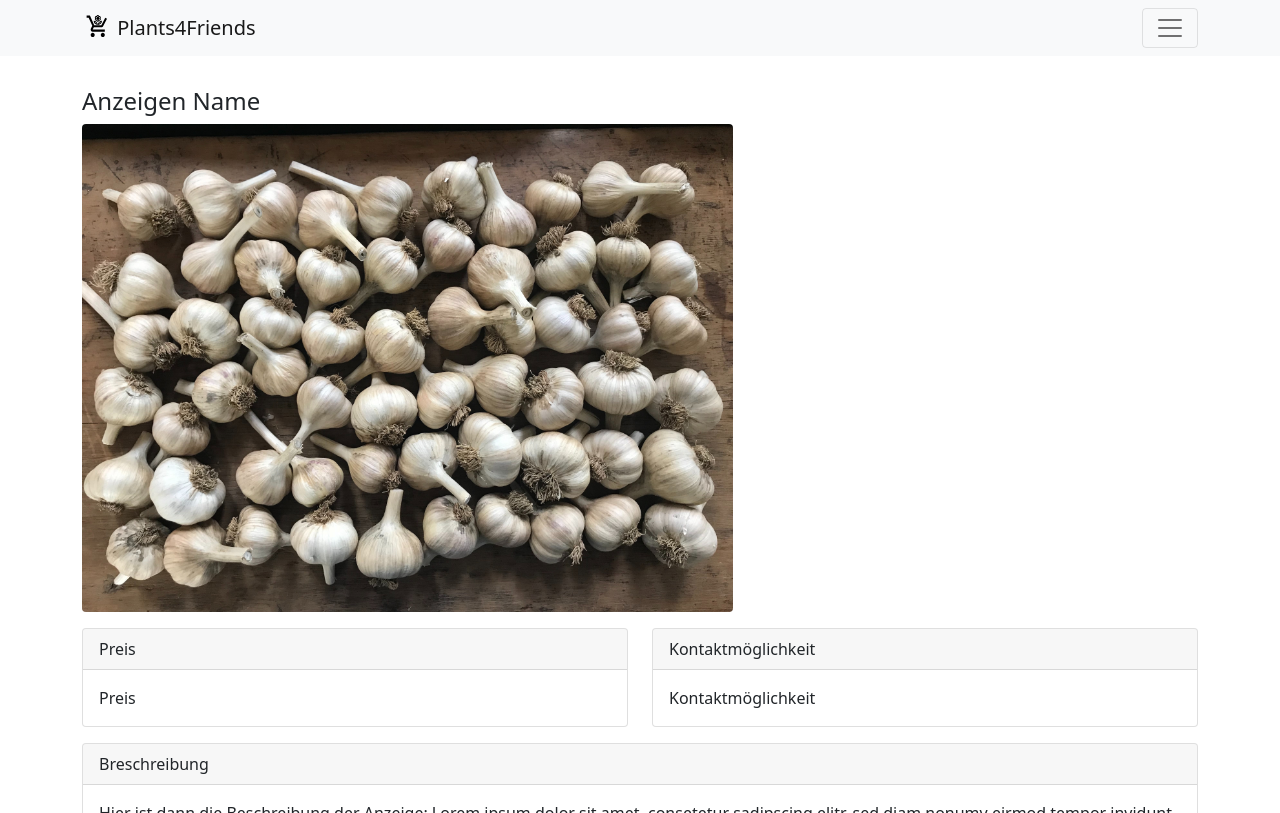
Repository: Carlson43/PlantsForFriends
Page: Website/details.html
The author's editor kept a copy of each file at every save. The page is drawn from the files as they stood at one save, then again after the next save.
The browser window is 1280 px wide. The pictures show the part of the page from y = 0 to 813 px (the page is 1760 px tall).
Pictures or frames that could not be fetched are drawn as grey boxes. The page's requests for data from a server got no answer. Some web libraries are served in a nearby version.

Above is the page before, as saved 2022-01-11 15:12:40.

### Website/details.html
<!doctype html>
<html lang="en">
  <head>
    <!-- Required meta tags -->
    <meta charset="utf-8">
    <meta name="viewport" content="width=device-width, initial-scale=1">

    <!-- Referencing Backend -->
    <script src="https://code.jquery.com/jquery-3.6.0.js"> </script>
    <script src="./Backend.js"> </script>

    <!-- Bootstrap CSS -->
    <link href="https://cdn.jsdelivr.net/npm/bootstrap@5.1.3/dist/css/bootstrap.min.css" rel="stylesheet" integrity="sha384-1BmE4kWBq78iYhFldvKuhfTAU6auU8tT94WrHftjDbrCEXSU1oBoqyl2QvZ6jIW3" crossorigin="anonymous">

    <!-- Custom Divider CSS -->
    <link rel="stylesheet" href="divider.css">

    <!-- Leaflet CSS -->
    <link rel="stylesheet" href="https://unpkg.com/leaflet@1.4.0/dist/leaflet.css" integrity="sha512-puBpdR0798OZvTTbP4A8Ix/l+A4dHDD0DGqYW6RQ+9jxkRFclaxxQb/SJAWZfWAkuyeQUytO7+7N4QKrDh+drA==" crossorigin=""/>
    <!-- Custom Map CSS -->
    <style> #pointMap {height: 660px;}</style>
    <!-- Map Fullscreen CSS -->
    <link rel="stylesheet" href="Control.FullScreen.css" />
    <!-- Map Locate CSS -->
    <link rel="stylesheet" href="./leaflet-locatecontrol-gh-pages/leaflet-locatecontrol-gh-pages/dist/L.Control.Locate.min.css" />

    <title>Details @ Plants4Friends</title>

    <!-- Favicon -->
    <link rel="icon" type="image/x-icon" href="./Design-Ressourcen/flower.svg">
  </head>

  <body>
    <!-- Navbar -->
    <nav class="navbar navbar-light bg-light">
        <div class="container fluid">
            <!-- Navabr Logo and Brandname -->
            <a class="navbar-brand" href="index.html">
                <img src="./Design-Ressourcen/logo.svg" alt="" width="30" height="24" class="d-inline-block align-text-top">
                Plants4Friends
            </a>
            <!-- Toggler for Expandsion -->
            <button class="navbar-toggler" type="button" data-bs-toggle="collapse" data-bs-target="#navbarNav" aria-controls="navbarNav" aria-expanded="false" aria-label="Toggle navigation">
                <span class="navbar-toggler-icon"></span>
            </button>
            <!-- Navigation Links -->
            <div class="collapse navbar-collapse" id="navbarNav">
                <div class="navbar-nav">
                    <a class="nav-link" href="./index.html">Home</a>
                    <a class="nav-link" href="./create.html">Anzeige erstellen</a>
                    <a class="nav-link" href="./map.html">Karte</a>
                </div>
            </div>
        </div>
    </nav>

    <!-- Text / Content Container -->
    <div class="container-md">
        <div class="h-divider"></div>
        <!-- Überschrift -->
        <h4 id = "Anzeigen_Name">Anzeigen Name</h5>
        <!-- Bild (eingebettet in Container) -->
        <div class="col-md-7">
            <img src="./Design-Ressourcen/Bilder/garlic.jpg" class="img-fluid rounded" alt="">
        </div>
        <p></p>
        <!-- Boxen unter dem Bild -->
        <div class="row">
            <div class="col">
                <!-- Preisbox -->
                <div class="card">
                    <div class="card-header">Preis</div>
                    <div id = "Anzeigen_Preis" class="card-body">Preis</div>
                </div>
            </div>
            <div class="col">
                <!-- Kontaktbox -->
                <div class="card">
                    <div class="card-header">Kontaktmöglichkeit</div>
                    <div class="card-body" id="Anzeigen_Kontakt">Kontaktmöglichkeit</div>
                </div>
            </div>
        </div>
        <p></p>
        <!-- Beschreibung der Anzeige -->
        <div class="card">
            <div class="card-header">Breschreibung</div>
            <div id = "Anzeigen_Beschreibung"class="card-body">Hier ist dann die Beschreibung der Anzeige: Lorem ipsum dolor sit amet, consetetur sadipscing elitr, sed diam nonumy eirmod tempor invidunt ut labore et dolore magna aliquyam erat, sed diam voluptua. At vero eos et accusam et justo duo dolores et ea rebum. Stet clita kasd gubergren, no sea takimata sanctus est Lorem ipsum dolor sit amet. Lorem ipsum dolor sit amet, consetetur sadipscing elitr, sed diam nonumy eirmod tempor invidunt ut labore et dolore magna aliquyam erat, sed diam voluptua. At vero eos et accusam et justo duo dolores et ea rebum. Stet clita kasd gubergren, no sea takimata sanctus est Lorem ipsum dolor sit amet.</div>
        </div>
    </div>
    <p></p>

    <!-- Custom Map Location -->
    <div class="container-md">
        <div class="card-header">Ort der Anzeige</div>
        <div id="pointMap"></div>
    </div>

    <!-- Footer -->
    <div class="container">
      <footer class="d-flex flex-wrap justify-content-between align-items-center py-3 my-4 border-top">
        <p class="col-md-4 mb-0 text-muted">© 2021 Plants4Friends</p>

        <!-- Footer Logo -->
        <a href="index.html" class="col-md-4 d-flex align-items-center justify-content-center mb-3 mb-md-0 me-md-auto link-dark text-decoration-none">
          <img src="./Design-Ressourcen/logo.svg" alt="" width="30" height="24" class="d-inline-block align-text-top">
        </a>

        <p class="col-md-4 mb-0 text-muted">Made with ❤ in Mannheim</p>
      </footer>
    </div>

    <!--Bootstrap JS-->
    <script src="https://cdn.jsdelivr.net/npm/bootstrap@5.1.3/dist/js/bootstrap.bundle.min.js" integrity="sha384-ka7Sk0Gln4gmtz2MlQnikT1wXgYsOg+OMhuP+IlRH9sENBO0LRn5q+8nbTov4+1p" crossorigin="anonymous"></script>

    <!-- Leaflet JS -->
    <script src="https://unpkg.com/leaflet@1.4.0/dist/leaflet.js" integrity="sha512-QVftwZFqvtRNi0ZyCtsznlKSWOStnDORoefr1enyq5mVL4tmKB3S/EnC3rRJcxCPavG10IcrVGSmPh6Qw5lwrg==" crossorigin=""></script>
    <!-- Map Fullscreen JS -->
    <script src="Control.FullScreen.js"></script>
    <!-- Map Locate JS -->
    <script src="./leaflet-locatecontrol-gh-pages/leaflet-locatecontrol-gh-pages/dist/L.Control.Locate.min.js" charset="utf-8"></script>

    <!-- Custom Map JS -->
    <script>
        // Setting Coordinates for View and Marker
        var Ad_loc = [51.289406, 10.008545]
        // 51.289406, 10.008545 Globaler Sichtmittelpunkt
        // 51.51792, 9.94451 Lokaler / BEispiel Sichmittelpunkt

        // Making a map and tiles
        const detail_map = L.map('pointMap', {
                        fullscreenControl: true,
                        fullscreenControlOptions: {
                        position: 'topleft'}
                        }).setView(Ad_loc,11);
        // Setting Attributions for OSM Compliance
        const attribution = '&copy; <a href="https://www.openstreetmap.org/copyright">OpenStreetMap</a> contributors';
        // Loading and adding Tiles
        const tileUrl = 'https://{s}.tile.openstreetmap.org/{z}/{x}/{y}.png';
        const tiles = L.tileLayer(tileUrl, { attribution });
        tiles.addTo(detail_map);
        // Add Control Buttons
        L.control.locate().addTo(detail_map);


        // Load all Ad-Locattions from Backend.js
        display_details();

        window.onload



    </script>


  </body>

<script>

</script>

</html>

### Website/Backend.js


function add()
{
    var jsonstring=  '{"Pflanze":"'+$("#jsonstring").val()+'"}';
    console.log("add"+ jsonstring);
    $.get("https://webtechlecture.appspot.com/cloudstore/add?owner=s201655&token=dMinmYeldeDsBbu0iiEIPGTPws0_&jsonstring="+encodeURI(jsonstring),function(response)
    {
    console.log(response);
    });
}

function listAllData()
{
    var jsonstring=$("#jsonstring").val();
    console.log("Hi!");
    $.get("https://webtechlecture.appspot.com/cloudstore/listobjects?owner=s201655&token=dMinmYeldeDsBbu0iiEIPGTPws0_",function(response)
    {
    console.log(response);
    });
}

function addAll()
{
    var jsonstring=

    '{"Titel":"'+$("#Ad_heading").val()+'",'+
    '"Pflanzenart":"'+$("#Ad_species").val()+'",'+
    '"Beschreibung":"'+$("#Ad_description").val()+'",'+
    '"Email":"'+$("#Ad_email").val()+'",'+
    '"lat":"'+lat[0].lat+'",'+
    '"lng":"'+lat[0].lng+

    '"}';
    console.log("add"+ jsonstring);
    $.get("https://webtechlecture.appspot.com/cloudstore/add?owner=s201655&token=dMinmYeldeDsBbu0iiEIPGTPws0_&jsonstring="+encodeURI(jsonstring),function(response)
    {
    console.log(response);
    });
}

function display_details()
{
    key=0
    var data = []


    $.get("https://webtechlecture.appspot.com/cloudstore/listobjects?owner=s201655_key_log&token=FZ0UtB0FSNllekE69ckUlP74oSo_&jsonstring=",function(response)
    {
        key = response[response.length-1].jsonstring.Main
    $.get("https://webtechlecture.appspot.com/cloudstore/get?owner=s201655&token=dMinmYeldeDsBbu0iiEIPGTPws0_&key="+key,function(response)
    {
      data.push(response)
      console.log(data)
      console.log(data[0].lng)

    document.getElementById("Anzeigen_Name").innerHTML = data[0].Titel;
    document.getElementById("Anzeigen_Preis").innerHTML = data[0].Preis + "€";
    document.getElementById("Anzeigen_Beschreibung").innerHTML = data[0].Beschreibung;
    document.getElementById("Anzeigen_Kontakt").innerHTML = data[0].Kontaktmöglichkeit;

    anzeige_marker = L.marker([data[0].lng, data[0].lat]).addTo(detail_map);
    // anzeige_marker.bindPopup(Data[0].Titel).openPopup();
    detail_map.setView([data[0].lng, data[0].lat]);

    });
    })

}

function search_and_display()
{
    var nam = String($("#search_term").val())
    var dat = []
    var data = []

    for (var h = 0; h < 8; h++){
        document.getElementById("Card"+ Number(h)).setAttribute("hidden",true);
    }


    $.get("https://webtechlecture.appspot.com/cloudstore/listobjects?owner=s201655&token=dMinmYeldeDsBbu0iiEIPGTPws0_",function(response)
    {
        for (var i = 0; i < response.length; i++)
        data.push(response[i]);

        for (var i = 0; i < data.length; i++)
        {
            if (data[i].jsonstring.Pflanzenart == nam
                ||data[i].jsonstring.Email == nam
                ||data[i].jsonstring.Beschreibung == nam
                ||data[i].jsonstring.Pflanzeart == nam
                ||data[i].jsonstring.Titel == nam)
            {
                dat.push(data[i]);


                for (var k = 0; k < dat.length; k++){
                document.getElementById("Card"+ Number(k)).removeAttribute("hidden");
                document.getElementById("Card"+ Number(k)+ "title").innerHTML = dat[k].jsonstring.Titel;
                document.getElementById("Card"+ Number(k)+ "price").innerHTML = dat[k].jsonstring.Preis + "€";
                document.getElementById("Card"+ Number(k)+ "text").innerHTML = dat[k].jsonstring.Beschreibung;
                document.getElementById("Card"+ Number(k)+ "contact").innerHTML = dat[k].jsonstring.Kontaktmöglichkeit;
                document.getElementById("Card"+ Number(k)+ "key").innerHTML = dat[k].key;

                }

            }

        };



    });



}

function addElement(){
}

function onMapClick(e) {
    popup
        .setLatLng(e.latlng)
        .setContent("Kooridnaten deiner Anzeige:" + e.latlng.toString())
        .openOn(mymap);
        lat[0] = e.latlng
        console.log(lat[0].lat)
}

function Marker()
{
    data = []
    mark = []
    marker = []


    $.get("https://webtechlecture.appspot.com/cloudstore/listobjects?owner=s201655&token=dMinmYeldeDsBbu0iiEIPGTPws0_",function(response)
    {
        for (var i = 0; i < response.length; i++)
        {
        data.push(response[i])
        }


        for(var k = 0; k< data.length;k++)
        {
            if ("lat" in data[k].jsonstring)
            {
            mark.push(data[k].jsonstring.lat, data[k].jsonstring.lng,data[k].jsonstring.Titel)
            }
        }

        for (var j = 0; j < mark.length; j++){
            marker[j] = L.marker([mark[3*j], mark[3*j+1]]).addTo(overview_map);
            marker[j].bindPopup(mark[3*j+2]).openPopup();
            overview_map.setView([51.289406, 10.008545],6);

        }
    }
    )
}


function addKey0()
{
  var jsonstring=  '{"Main":"'+document.getElementById("Card0key").innerHTML+'"}';
  console.log("add"+ jsonstring);
  $.get("https://webtechlecture.appspot.com/cloudstore/add?owner=s201655_key_log&token=FZ0UtB0FSNllekE69ckUlP74oSo_&jsonstring="+encodeURI(jsonstring),function(response)
  {
    console.log(response);
  });

}

function addKey1()
{
  var jsonstring=  '{"Main":"'+document.getElementById("Card1key").innerHTML+'"}';
  console.log("add"+ jsonstring);
  $.get("https://webtechlecture.appspot.com/cloudstore/add?owner=s201655_key_log&token=FZ0UtB0FSNllekE69ckUlP74oSo_&jsonstring="+encodeURI(jsonstring),function(response)
  {
    console.log(response);
  });
}

function addKey2()
{
  var jsonstring=  '{"Main":"'+document.getElementById("Card2key").innerHTML+'"}';
  console.log("add"+ jsonstring);
  $.get("https://webtechlecture.appspot.com/cloudstore/add?owner=s201655_key_log&token=FZ0UtB0FSNllekE69ckUlP74oSo_&jsonstring="+encodeURI(jsonstring),function(response)
  {
    console.log(response);
  });
}

function addKey3()
{
  var jsonstring=  '{"Main":"'+document.getElementById("Card3key").innerHTML+'"}';
  console.log("add"+ jsonstring);
  $.get("https://webtechlecture.appspot.com/cloudstore/add?owner=s201655_key_log&token=FZ0UtB0FSNllekE69ckUlP74oSo_&jsonstring="+encodeURI(jsonstring),function(response)
  {
    console.log(response);
  });
}

function addKey4()
{
  var jsonstring=  '{"Main":"'+document.getElementById("Card4key").innerHTML+'"}';
  console.log("add"+ jsonstring);
  $.get("https://webtechlecture.appspot.com/cloudstore/add?owner=s201655_key_log&token=FZ0UtB0FSNllekE69ckUlP74oSo_&jsonstring="+encodeURI(jsonstring),function(response)
  {
    console.log(response);
  });
}

function addKey5()
{
  var jsonstring=  '{"Main":"'+document.getElementById("Card5key").innerHTML+'"}';
  console.log("add"+ jsonstring);
  $.get("https://webtechlecture.appspot.com/cloudstore/add?owner=s201655_key_log&token=FZ0UtB0FSNllekE69ckUlP74oSo_&jsonstring="+encodeURI(jsonstring),function(response)
  {
    console.log(response);
  });
}

function addKey6()
{
  var jsonstring=  '{"Main":"'+document.getElementById("Card6key").innerHTML+'"}';
  console.log("add"+ jsonstring);
  $.get("https://webtechlecture.appspot.com/cloudstore/add?owner=s201655_key_log&token=FZ0UtB0FSNllekE69ckUlP74oSo_&jsonstring="+encodeURI(jsonstring),function(response)
  {
    console.log(response);
  });
}

function addKey7()
{
  var jsonstring=  '{"Main":"'+document.getElementById("Card7key").innerHTML+'"}';
  console.log("add"+ jsonstring);
  $.get("https://webtechlecture.appspot.com/cloudstore/add?owner=s201655_key_log&token=FZ0UtB0FSNllekE69ckUlP74oSo_&jsonstring="+encodeURI(jsonstring),function(response)
  {
    console.log(response);
  });
}

function addKey8()
{
  var jsonstring=  '{"Main":"'+document.getElementById("Card8key").innerHTML+'"}';
  console.log("add"+ jsonstring);
  $.get("https://webtechlecture.appspot.com/cloudstore/add?owner=s201655_key_log&token=FZ0UtB0FSNllekE69ckUlP74oSo_&jsonstring="+encodeURI(jsonstring),function(response)
  {
    console.log(response);
  });
}

window.onload = function() {
    if(!window.location.hash) {
        window.location = window.location + '#loaded';
        window.location.reload();
    }
}

function myURL(){
            window.open('details.html');
         }

### Website/divider.css

.h-divider{
    margin-top:15px;
    margin-bottom:15px;
    height:1px;
    width:100%;
    /* border-top:1px solid gray; */
}

### Website/Control.FullScreen.css
.fullscreen-icon { background-image: url(icon-fullscreen.svg); background-size:26px 52px; }
.fullscreen-icon.leaflet-fullscreen-on { background-position:0 -26px; }
.leaflet-touch .fullscreen-icon { background-position: 2px 2px; }
.leaflet-touch .fullscreen-icon.leaflet-fullscreen-on { background-position: 2px -24px; }
/* one selector per rule as explained here : http://www.sitepoint.com/html5-full-screen-api/ */
.leaflet-container:-webkit-full-screen { width: 100% !important; height: 100% !important; z-index: 99999; }
.leaflet-container:-ms-fullscreen { width: 100% !important; height: 100% !important; z-index: 99999; }
.leaflet-container:full-screen { width: 100% !important; height: 100% !important; z-index: 99999; }
.leaflet-container:fullscreen { width: 100% !important; height: 100% !important; z-index: 99999; }
.fullscreen-icon { background-image: url(icon-fullscreen.svg); background-size:26px 52px; }
.fullscreen-icon.leaflet-fullscreen-on { background-position:0 -26px; }
.leaflet-touch .fullscreen-icon { background-position: 2px 2px; }
.leaflet-touch .fullscreen-icon.leaflet-fullscreen-on { background-position: 2px -24px; }
/* one selector per rule as explained here : http://www.sitepoint.com/html5-full-screen-api/ */
.leaflet-container:-webkit-full-screen { width: 100% !important; height: 100% !important; z-index: 99999; }
.leaflet-container:-ms-fullscreen { width: 100% !important; height: 100% !important; z-index: 99999; }
.leaflet-container:full-screen { width: 100% !important; height: 100% !important; z-index: 99999; }
.leaflet-container:fullscreen { width: 100% !important; height: 100% !important; z-index: 99999; }
.leaflet-pseudo-fullscreen { position: fixed !important; width: 100% !important; height: 100% !important; top: 0px !important; left: 0px !important; z-index: 99999; }

### Website/leaflet-locatecontrol-gh-pages/leaflet-locatecontrol-gh-pages/dist/L.Control.Locate.min.css
.leaflet-control-locate a{cursor:pointer}.leaflet-control-locate a .leaflet-control-locate-location-arrow{display:inline-block;width:16px;height:16px;margin:7px;background-color:#000;-webkit-mask-image:url("../location-arrow-solid.svg");mask-image:url("../location-arrow-solid.svg");-webkit-mask-repeat:no-repeat;mask-repeat:no-repeat;-webkit-mask-position:center;mask-position:center}.leaflet-control-locate a .leaflet-control-locate-spinner{display:inline-block;width:16px;height:16px;margin:7px;background-color:#000;-webkit-mask-image:url("../spinner-solid.svg");mask-image:url("../spinner-solid.svg");-webkit-mask-repeat:no-repeat;mask-repeat:no-repeat;-webkit-mask-position:center;mask-position:center;animation:leaflet-control-locate-spin 2s linear infinite}.leaflet-control-locate.active a .leaflet-control-locate-location-arrow{background-color:#2074b6}.leaflet-control-locate.following a .leaflet-control-locate-location-arrow{background-color:#fc8428}.leaflet-touch .leaflet-bar .leaflet-locate-text-active{width:100%;max-width:200px;text-overflow:ellipsis;white-space:nowrap;overflow:hidden;padding:0 10px}.leaflet-touch .leaflet-bar .leaflet-locate-text-active .leaflet-locate-icon{padding:0 5px 0 0}.leaflet-control-locate-location circle{animation:leaflet-control-locate-throb 4s ease infinite}@keyframes leaflet-control-locate-throb{0%{stroke-width:1}50%{stroke-width:3;transform:scale(0.8, 0.8)}100%{stroke-width:1}}@keyframes leaflet-control-locate-spin{0%{transform:rotate(0deg)}100%{transform:rotate(360deg)}}/*# sourceMappingURL=L.Control.Locate.min.css.map */

Loaded but not shown: Website/leaflet-locatecontrol-gh-pages/leaflet-locatecontrol-gh-pages/dist/L.Control.Locate.min.js (library); Website/Control.FullScreen.js (345 lines, source omitted)

After the next save:
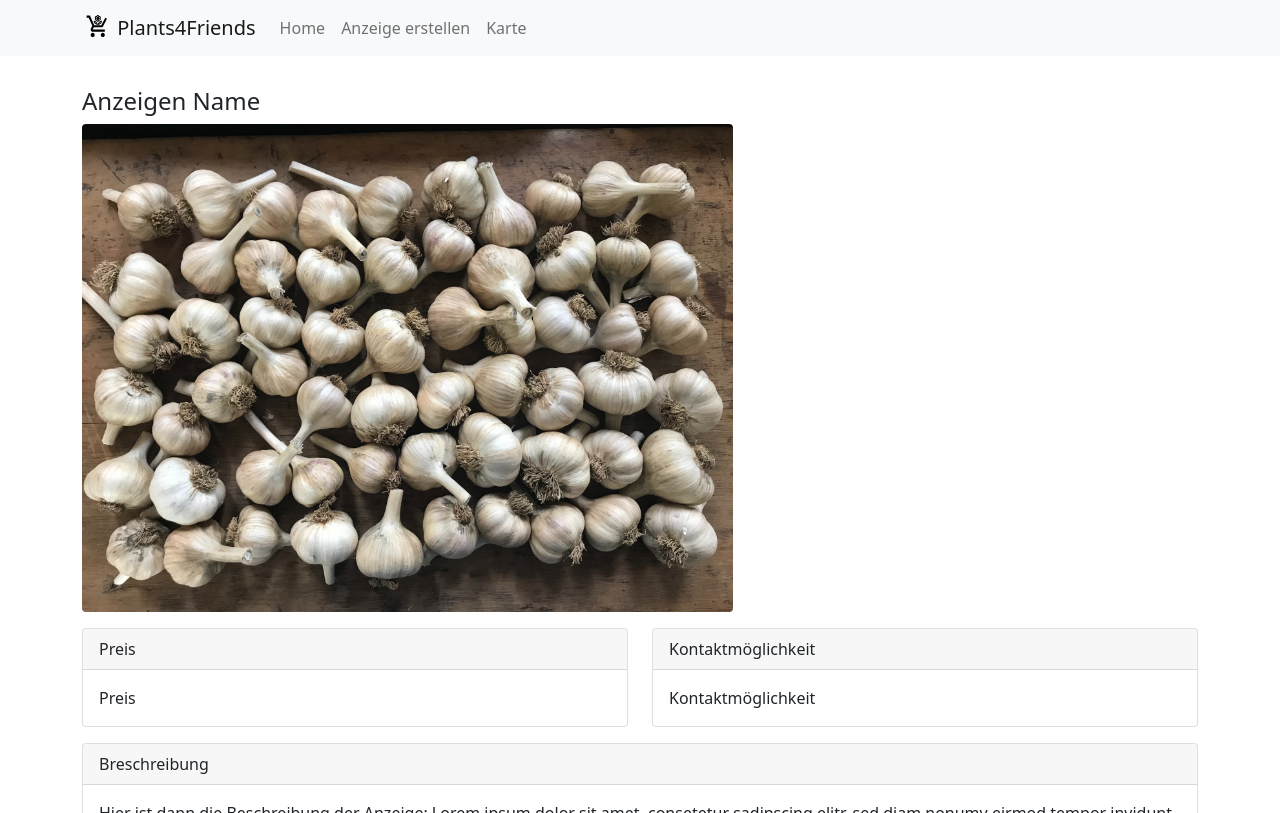
Saved 58 s later.
--- a/Website/details.html
+++ b/Website/details.html
@@ -32,7 +32,7 @@
 
   <body>
     <!-- Navbar -->
-    <nav class="navbar navbar-light bg-light">
+    <nav class="navbar navbar-expand-lg navbar-light bg-light">
         <div class="container fluid">
             <!-- Navabr Logo and Brandname -->
             <a class="navbar-brand" href="index.html">
@@ -146,7 +146,7 @@
         // Load all Ad-Locattions from Backend.js
         display_details();
 
-        window.onload
+        // window.onload
 
 
 
